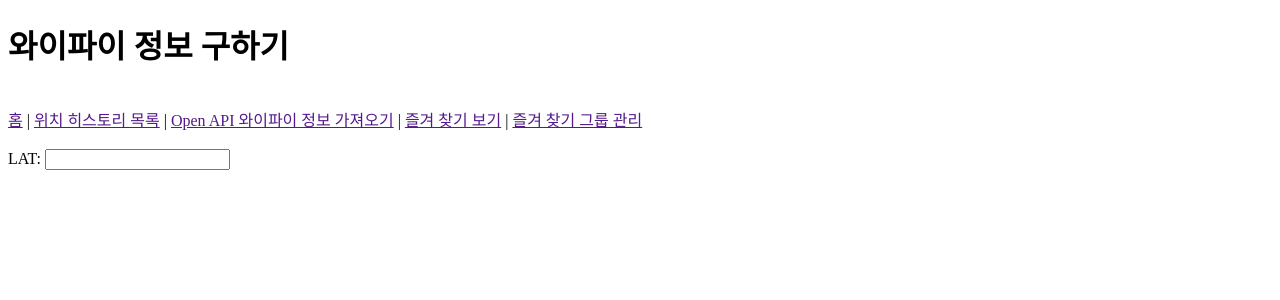
Repository: WooHyun94/Mission1_WIFI
Page: http://localhost/Mission1-WIFI/
The author's editor kept a copy of each file at every save. The page is drawn from the files as they stood at one save, then again after the next save.
The browser window is 1280 px wide. The pictures show the whole page.
The page is served by Tomcat 9.

Above is the page before, as saved 2023-09-26 16:00:09.

### Mission1-WIFI/src/main/webapp/index.jsp
<%@ page language="java" contentType="text/html; charset=UTF-8"
    pageEncoding="UTF-8"%>
<!DOCTYPE html>
<html>
<head>
<meta charset="UTF-8">
<title>Insert title here</title>
</head>
<body>
	<h1>와이파이 정보 구하기</h1>
	<br>
	<a href=''>홈</a>
	|
	<a href=''>위치 히스토리 목록</a>
	|
	<a href=''>Open API 와이파이 정보 가져오기</a>
	|
	<a href=''>즐겨 찾기 보기</a>
	|
	<a href=''>즐겨 찾기 그룹 관리</a>
	<br><br>
	LAT: <input type="text" id="lat">
</body>
</html>

After the next save:
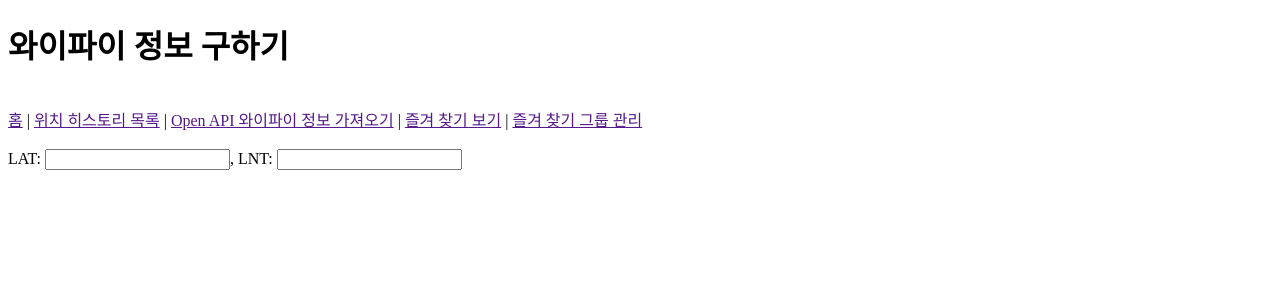
Saved 19 s later.
--- a/Mission1-WIFI/src/main/webapp/index.jsp
+++ b/Mission1-WIFI/src/main/webapp/index.jsp
@@ -19,6 +19,7 @@
 	|
 	<a href=''>즐겨 찾기 그룹 관리</a>
 	<br><br>
-	LAT: <input type="text" id="lat">
+	LAT: <input type="text" id="lat">,
+	LNT: <input type="text" id="lnt">
 </body>
 </html>
